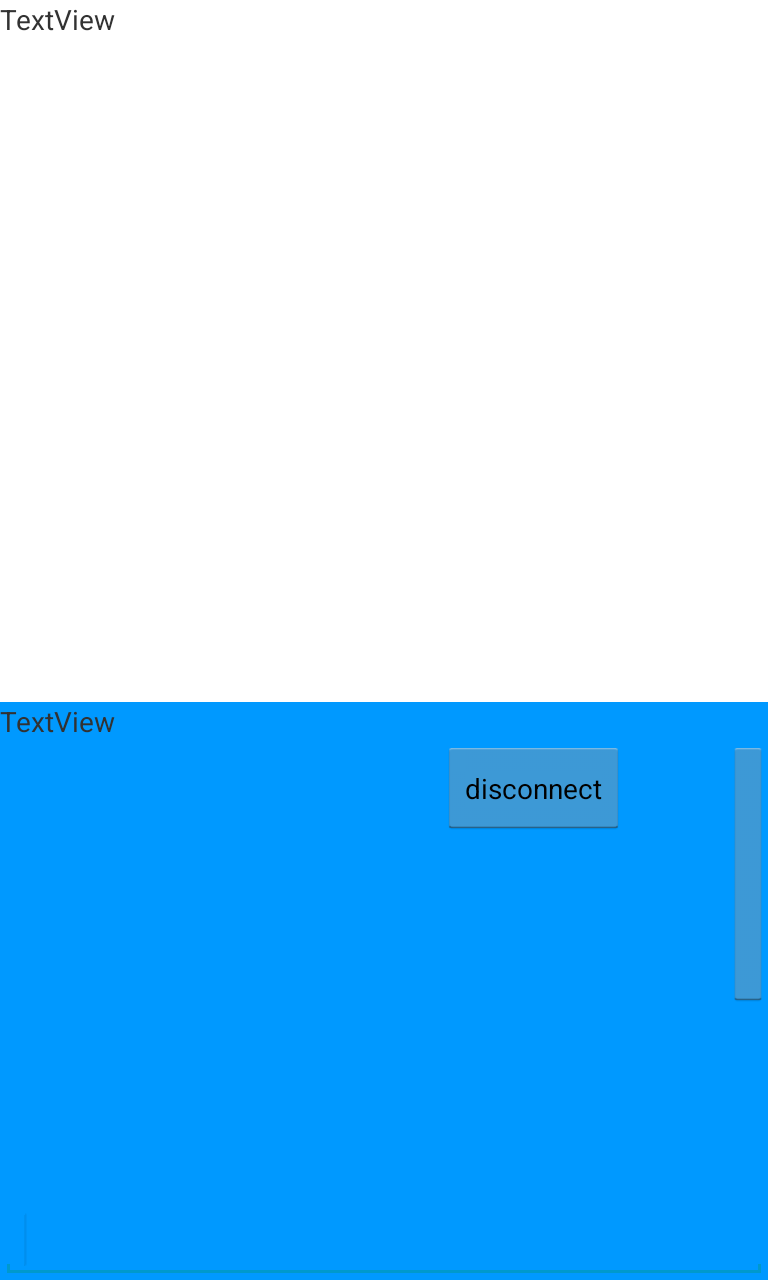
Repository: Clonedpirate/BtSshPwnPI
Layout: HackDroid/res/layout/terminal.xml
These files come from the project's save history. The layout is drawn as it stood at one moment and after the next save; the edit follows.
It is drawn on a 768 x 1280 px phone screen (xhdpi) without system bars, with theme AppTheme; the app's code is not run.

Above is the layout before, as saved 2014-06-19 10:23:06.

After the next save:
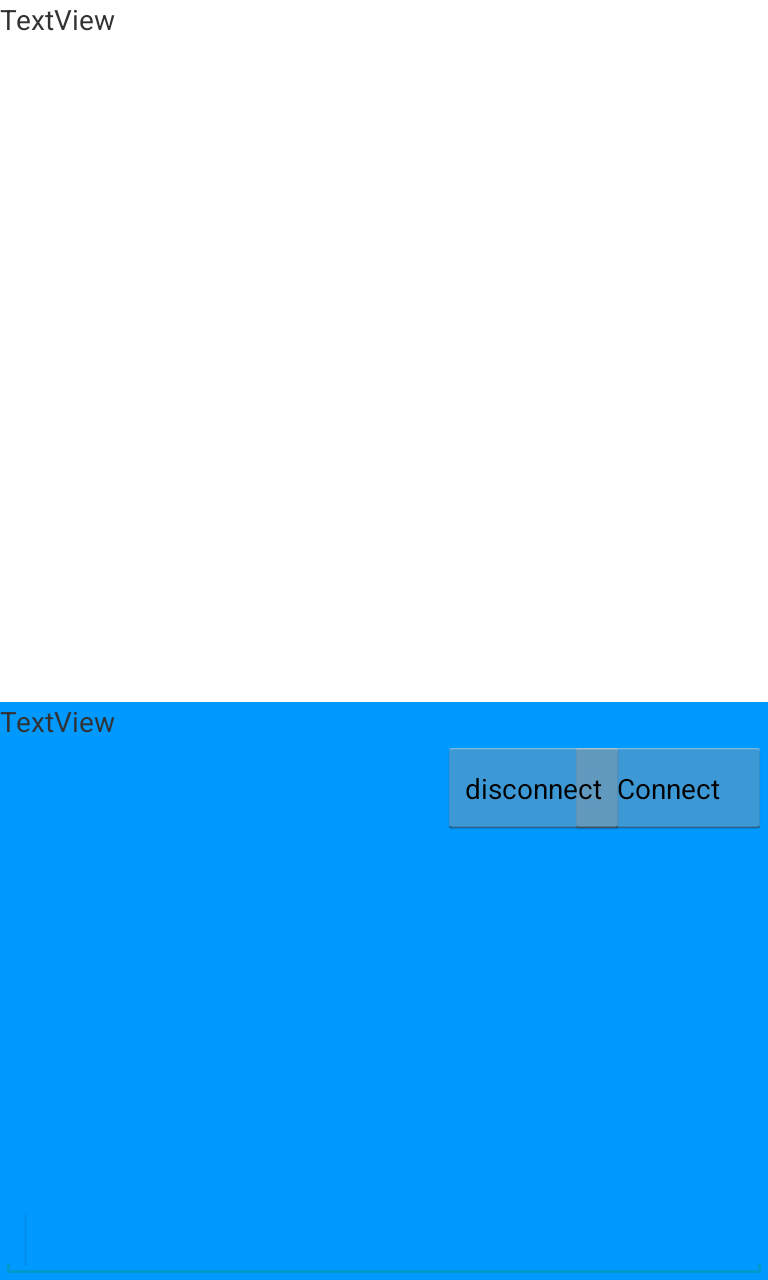
Saved 13 s later.
--- a/HackDroid/res/layout/terminal.xml
+++ b/HackDroid/res/layout/terminal.xml
@@ -35,7 +35,7 @@
     <Button
         android:id="@+id/button1"
         style="?android:attr/buttonStyleSmall"
-        android:layout_width="20dp"
+        android:layout_width="100dp"
         android:layout_height="wrap_content"
         android:layout_alignParentRight="true"
         android:layout_below="@+id/IPtext"
